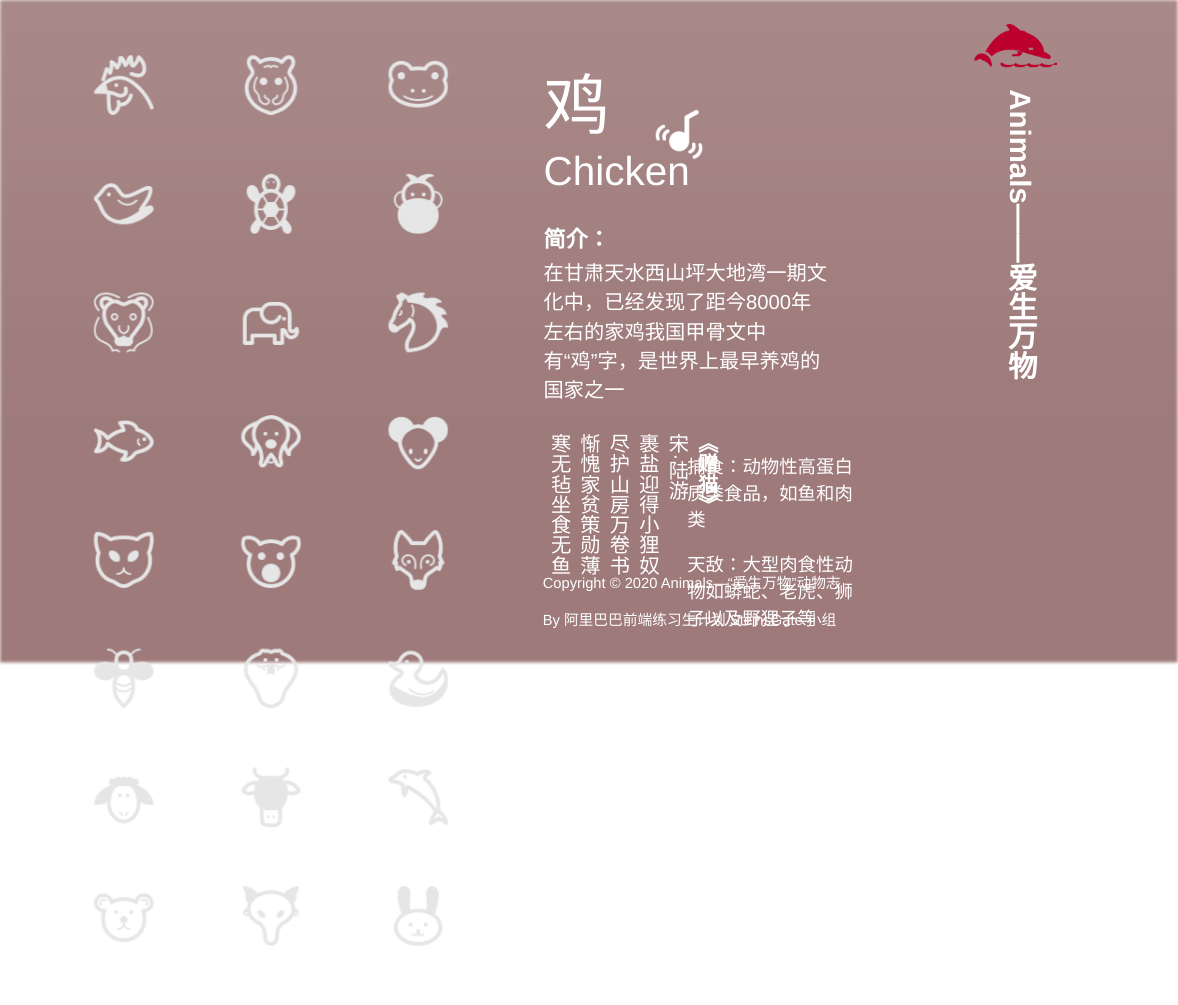
Repository: Whiskeyi/Animals
Page: /
The author's editor kept a copy of each file at every save. The page is drawn from the files as they stood at one save, then again after the next save.
The browser window is 1280 px wide. The pictures show the whole page, at 92% of full size.
The project was rebuilt for these pictures with package versions that can differ from the ones it lists, and the page was loaded fresh each time.

Above is the page before, as saved 2021-11-17 17:40:19.

After the next save:
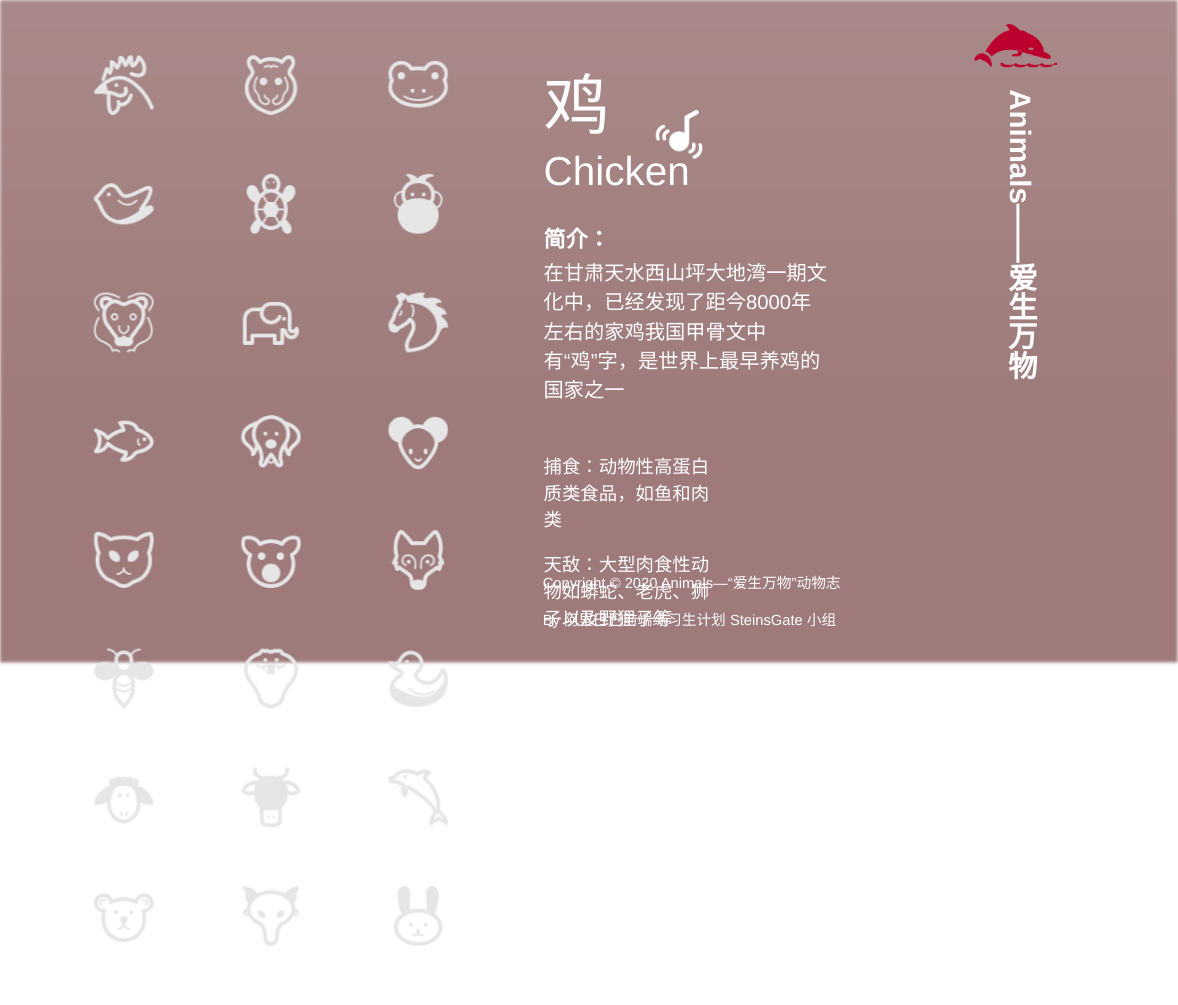
Saved 2 min 11 s later.
--- a/src/components/Info/habbit-poem/index.vue
+++ b/src/components/Info/habbit-poem/index.vue
@@ -2,12 +2,12 @@
   <div class="habPoem">
        <el-row class="habContainer">
            <el-col class="poem" :span="8">
-                <div id="content4">寒无毡坐食无鱼</div>
-                <div id="content3">惭愧家贫策勋薄</div>
-                <div id="content2">尽护山房万卷书</div>
-                <div id="content1">裹盐迎得小狸奴</div>
-                <div id="author">宋·陆游</div>
-                <div id="poemTitle">《赠猫》</div>
+                <div id="content4">{{ content4 }}</div>
+                <div id="content3">{{ content3 }}</div>
+                <div id="content2">{{ content2 }}</div>
+                <div id="content1">{{ content1 }}</div>
+                <div id="author">{{ author }}</div>
+                <div id="poemTitle">{{ title }}</div>
             </el-col>
             <el-col class="habContent" :span="10">
               <p class="foodTitle">捕食：动物性高蛋白质类食品，如鱼和肉类</p>
@@ -23,7 +23,12 @@ import store from '../../../store'
 export default {
      data() {
         return {
-            IntContent: '在甘肃天水西山坪大地湾一期文化中，已经发现了距今8000年左右的家鸡我国甲骨文中有“鸡”字，是世界上最早养鸡的国家之一'
+            title: '',
+            author: '',
+            content1: '',
+            content2: '',
+            content3: '',
+            content4: ''
         }
     },
     mounted() {
